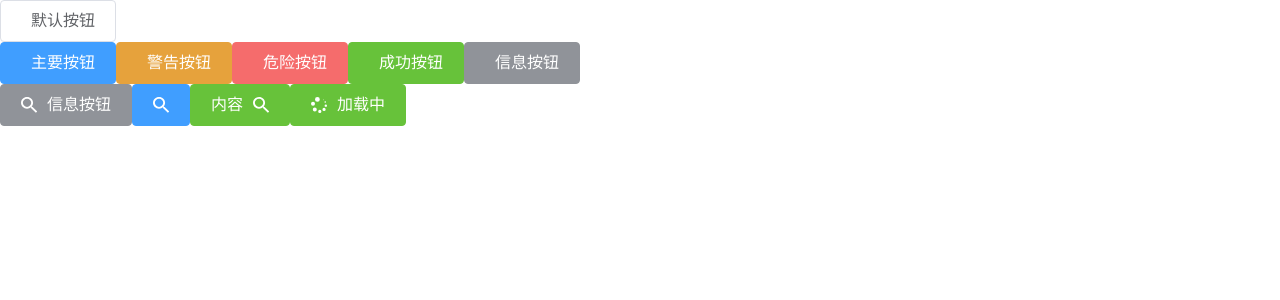
Repository: onlyadaydreamer/dreamer-ui
Page: /
These files come from the project's save history. The page is drawn as it stood at one moment and after the next save; the edit follows.
The browser window is 1280 px wide. The pictures show the whole page.
The project was rebuilt for these pictures with package versions that can differ from the ones it lists, and the page was loaded fresh each time. Also part of the build but not shown: src/styles/icon.js, src/packages/index.js.

Above is the page before, as saved 2020-05-14 08:56:32.

### src/main.js
import Vue from 'vue'
import App from './App.vue'

Vue.config.productionTip = false

import dreamerUI from './packages/index';
Vue.use(dreamerUI);

new Vue({
  render: h => h(App),
}).$mount('#app')

### src/App.vue
<template>
    <div id="app">
        <!-- 默认按钮 -->
        <dreamer-button>默认按钮</dreamer-button>
        <br />
        <!-- 带类型的按钮 -->
        <dreamer-button type="primary">主要按钮</dreamer-button>
        <dreamer-button type="warning">警告按钮</dreamer-button>
        <dreamer-button type="danger">危险按钮</dreamer-button>
        <dreamer-button type="success">成功按钮</dreamer-button>
        <dreamer-button type="info">信息按钮</dreamer-button>
        <br />
        <!-- 带icon的按钮 -->
        <dreamer-button type="info" icon="search">信息按钮</dreamer-button>
        <dreamer-button type="primary" icon="search"></dreamer-button>
        <dreamer-button type="success" icon="search" icon-position="right">内容</dreamer-button>
        <dreamer-button type="success" icon="loading" :loading="true">加载中</dreamer-button>
        <br />
    </div>
</template>

<script>

export default {

}
</script>

<style lang="scss">
</style>

### src/packages/button.vue
<template>
    <button class="dreamer-button" :class="btnClass" :disabled="loading">
        <dreamer-icon v-if="icon && !loading" :icon="icon" class="icon"></dreamer-icon>
        <dreamer-icon v-if="icon && loading" :icon="icon" class="icon"></dreamer-icon>
        <!--有可能不写文案-->
        <span v-if="this.$slots.default">
            <slot></slot>
        </span>
    </button>
</template>

<script>
export default {
    name: 'dreamer-button',
    props: {
        type: {
            type: String,
            default: '',
            validator(type) {
                if (type && !['primary', 'success', 'warning', 'info', 'danger'].includes(type)) {
                    console.error('type类型必须为' + ['primary', 'success', 'warning', 'info', 'danger'].join('、'));
                }
                return true;// 最终都通过校验
            }
        },
        icon: {
            type: String
        },
        iconPosition: {
            type: String,
            default: 'left',
            validator(position) {
                if (position && !['primary', 'success', 'warning', 'info', 'danger'].includes(position)) {
                    console.error('position必须为' + ['left', 'right'].join('、'));
                }
                return true;
            }
        },
        loading: {
            type: Boolean,
            default: false
        }
    },
    computed: {
        btnClass() {
            let classes = [];
            if (this.type) {
                classes.push(`dreamer-button-${this.type}`);
            }
            if (this.iconPosition) {
                classes.push(`dreamer-button-${this.iconPosition}`);
            }
            return classes;
        }
    }
}
</script>

<style lang="scss">
@import "../styles/_var.scss";
$height: 42px;
$font-size: 16px;
$color: #606266;
$border-color: #dcdfe6;
$background: #ecf5ff;
$active-color: #3a8ee6;

.dreamer-button {
    border-radius: $border-radius;
    border: 1px solid $border-color;
    color: $color;
    background: #fff;
    height: $height;
    cursor: pointer;
    font-size: $font-size;
    line-height: 1;
    padding: 12px 20px;
    display: inline-flex;
    justify-content: center;
    vertical-align: middle;
    &:hover {
        border-color: $border-color;
        background-color: $background;
    }
    &:focus,
    &:active {
        color: $active-color;
        border: 1px solid $active-color;
        outline: none;
        background-color: $background;
    }
    //   &-primary {}
    //   &-success {}
    //    ... 这么一遍一遍写太麻烦
    @each $type,
        $color
            in (
                primary: $primary,
                success: $success,
                info: $info,
                warning: $warning,
                danger: $danger
            )
    {
        &-#{$type} {
            background: #{$color};
            border: 1px solid #{$color};
            color: #fff;
            fill: #fff;// 设置填充内容的颜色
        }
    }
    @each $type,
        $color
            in (
                primary: $primary-hover,
                success: $success-hover,
                info: $info-hover,
                warning: $warning-hover,
                danger: $danger-hover
            )
    {
        &-#{$type}:hover {
            background: #{$color};
            border: 1px solid #{$color};
            color: #fff;
        }
    }
    @each $type,
        $color
            in (
                primary: $primary-active,
                success: $success-active,
                info: $info-active,
                warning: $warning-active,
                danger: $danger-active
            )
    {
        &-#{$type}:active,
        &-#{$type}:focus {
            background: #{$color};
            border: 1px solid #{$color};
            color: #fff;
        }
    }
    .icon {
        width: 16px;
        height: 16px;
    }

    &-left {// 通过order控制顺序
        svg{order: 1};
        span {order: 2; margin-left: 10px;};
    }
    &-right {
        svg{order: 2};
        span {order: 1; margin-right: 10px;};
    }
    &[disabled] {// 属性选择器
        cursor: not-allowed;
    }
}
</style>

### src/packages/icon.vue
<template>
   <svg class="dreamer-icon" aria-hidden="true">
        <use :xlink:href="`#icon-${icon}`"></use>
    </svg>
</template>

<script>
import '../styles/icon';
export default {
    name: 'dreamer-icon',
    props: {
        icon: {
            type: String,
            required: true
        }
    }
}
</script>

<style lang="scss">
.dreamer-icon {
       width: 25px;
       height: 25px;
       vertical-align: middle;
    }
</style>

### src/styles/_var.scss
$border-radius: 4px;

$primary: #409EFF;
$success: #67C23A;
$warning: #E6A23C;
$danger: #F56C6C;
$info: #909399;

$primary-hover: #66B1FF;
$success-hover: #85CE61;
$warning-hover: #EBB563;
$danger-hover: #F78989;
$info-hover: #A6A9AD;

$primary-active: #3A8EE6;
$success-active: #5DAF34;
$warning-active: #CF9236;
$danger-active: #DD6161;
$info-active: #82848A;

* {
    padding: 0;
    margin: 0;
    box-sizing: border-box;
}

Loaded but not shown: public/index.html (common file)

After the next save:
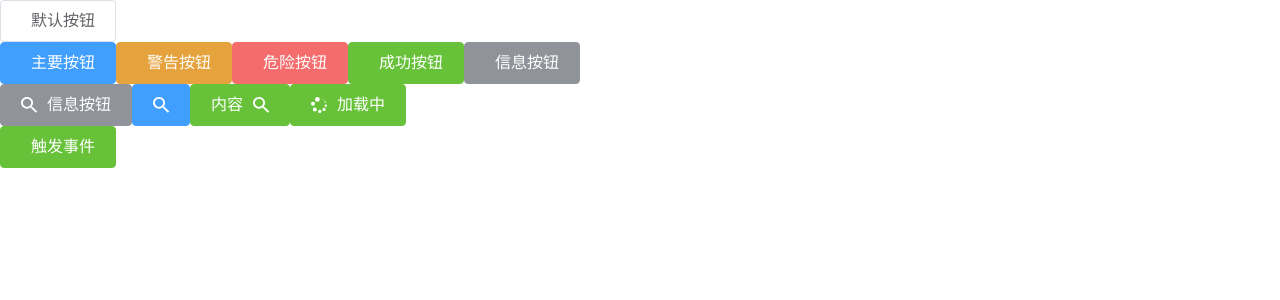
Saved 2 min 37 s later.
--- a/src/App.vue
+++ b/src/App.vue
@@ -14,15 +14,23 @@
         <dreamer-button type="info" icon="search">信息按钮</dreamer-button>
         <dreamer-button type="primary" icon="search"></dreamer-button>
         <dreamer-button type="success" icon="search" icon-position="right">内容</dreamer-button>
+        <!-- loading按钮 -->
         <dreamer-button type="success" icon="loading" :loading="true">加载中</dreamer-button>
         <br />
+        <!-- 触发事件 -->
+        <dreamer-button type="success" click="fn">触发事件</dreamer-button>
     </div>
 </template>
 
 <script>
 
 export default {
-
+    name: 'app',
+    methods: {
+        fn() {
+            alert('click');
+        }
+    }
 }
 </script>
 
